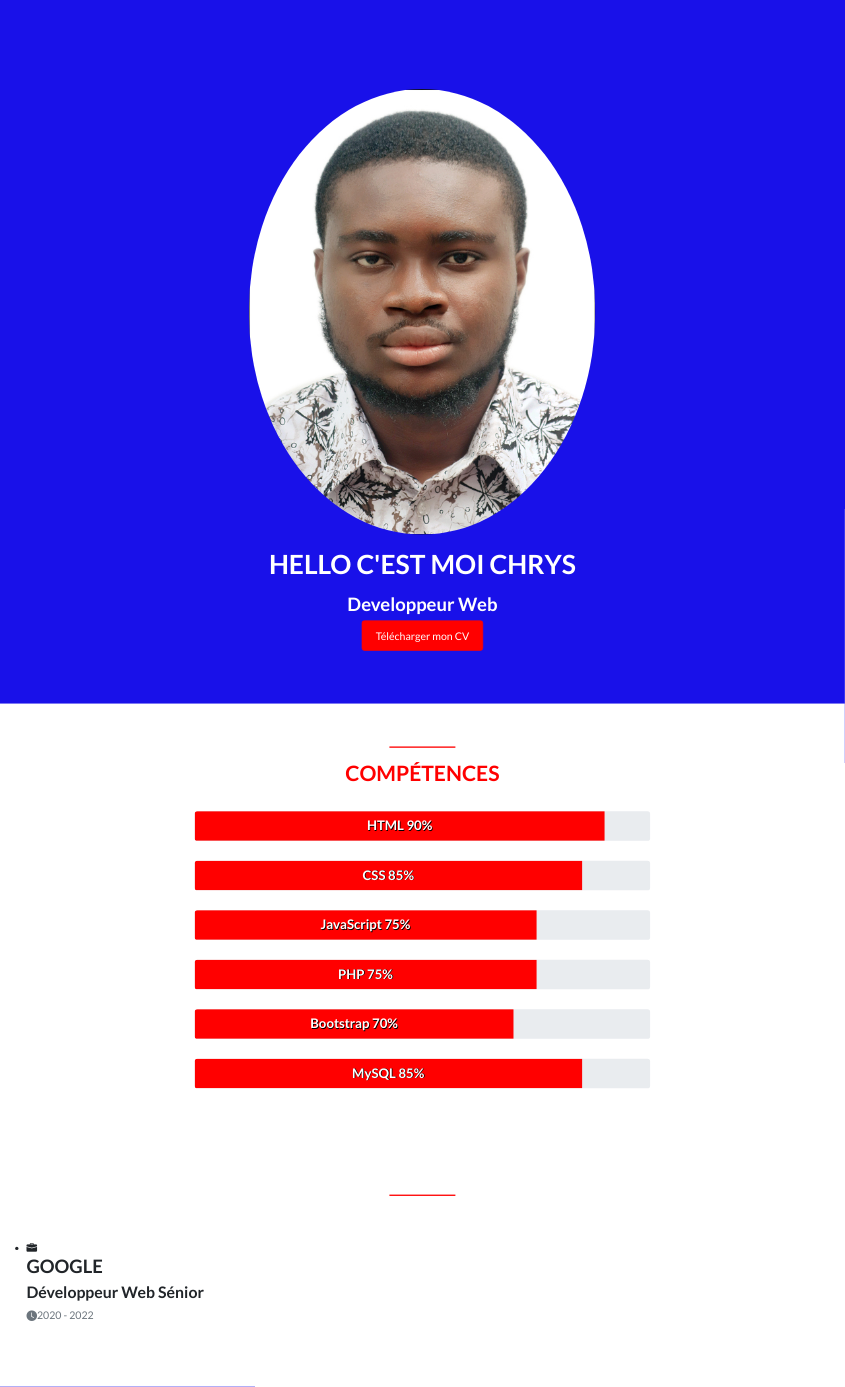
Repository: CHRYSOVR/CV_en_ligne_Interactif
Page: index.html
An editor plug-in stored every save of this project. The page is shown before and after the next save, followed by the edit.
The browser window is 1280 px wide. The pictures show the whole page, at 66% of full size.

Above is the page before, as saved 2025-07-08 22:01:19.
Console error: TypeError: Cannot read properties of undefined (reading 'fn')

### index.html
<!DOCTYPE html>
<html lang="fr">
  <head>
    <meta charset="UTF-8" />
    <meta name="viewport" content="width=device-width, initial-scale=1.0" />
    <link rel="preconnect" href="https://fonts.googleapis.com" />
    <link rel="preconnect" href="https://fonts.gstatic.com" crossorigin />
    <link
      href="https://fonts.googleapis.com/css2?family=Lato:ital,wght@0,100;0,300;0,400;0,700;0,900;1,100;1,300;1,400;1,700;1,900&display=swap"
      rel="stylesheet"
    />
    <link
      rel="stylesheet"
      href="https://cdn.jsdelivr.net/npm/bootstrap@4.0.0/dist/css/bootstrap.min.css"
      integrity="sha384-Gn5384xqQ1aoWXA+058RXPxPg6fy4IWvTNh0E263XmFcJlSAwiGgFAW/dAiS6JXm"
      crossorigin="anonymous"
    />
    <script
      src="https://cdn.jsdelivr.net/npm/bootstrap@4.0.0/dist/js/bootstrap.min.js"
      integrity="sha384-JZR6Spejh4U02d8jOt6vLEHfe/JQGiRRSQQxSfFWpi1MquVdAyjUar5+76PVCmYl"
      crossorigin="anonymous"
    ></script>
    <link rel="stylesheet" href="css/style.css" />
    <link
      rel="stylesheet"
      href="https://cdn.jsdelivr.net/npm/bootstrap-icons@1.13.1/font/bootstrap-icons.min.css"
    />
    <script src="js/script.js"></script>
    <title>CV SANNE-TIA</title>
  </head>
  <body>
    <section id="about" class="container-fluid">
      <div class="col-8 col -lg-4 profile-picture">
        <img src="images/Me.JPG" alt="photo sanne-tia" class="rounded-circle" />
      </div>
      <div class="heading">
        <h1>Hello c'est moi Chrys</h1>
        <h3>Developpeur Web</h3>
        <a
          href="documents/CV_Sanne-Tia.pdf"
          class="btn btn-danger"
          target="_blank"
          >Télécharger mon CV</a
        >
      </div>
    </section>

    <section id="skills">
      <div class="divider"></div>
      <div class="heading">
        <h2>Compétences</h2>
      </div>
      <div class="container">
        <div class="row justify-content-center">
          <div class="col-12 col-md-8">
            <div class="mb-3">
              <div class="progress">
                <div
                  class="progress-bar"
                  role="progressbar"
                  style="width: 90%"
                  aria-valuenow="90"
                  aria-valuemin="0"
                  aria-valuemax="100"
                >
                  <h5>HTML 90%</h5>
                </div>
              </div>
            </div>
            <div class="mb-3">
              <div class="progress">
                <div
                  class="progress-bar"
                  role="progressbar"
                  style="width: 85%"
                  aria-valuenow="85"
                  aria-valuemin="0"
                  aria-valuemax="100"
                >
                  <h5>CSS 85%</h5>
                </div>
              </div>
            </div>
            <div class="mb-3">
              <div class="progress">
                <div
                  class="progress-bar"
                  role="progressbar"
                  style="width: 75%"
                  aria-valuenow="75"
                  aria-valuemin="0"
                  aria-valuemax="100"
                >
                  <h5>JavaScript 75%</h5>
                </div>
              </div>
            </div>
            <div class="mb-3">
              <div class="progress">
                <div
                  class="progress-bar"
                  role="progressbar"
                  style="width: 75%"
                  aria-valuenow="75"
                  aria-valuemin="0"
                  aria-valuemax="100"
                >
                  <h5>PHP 75%</h5>
                </div>
              </div>
            </div>
            <div class="mb-3">
              <div class="progress">
                <div
                  class="progress-bar"
                  role="progressbar"
                  style="width: 70%"
                  aria-valuenow="70"
                  aria-valuemin="0"
                  aria-valuemax="100"
                >
                  <h5>Bootstrap 70%</h5>
                </div>
              </div>
            </div>
            <div class="mb-3">
              <div class="progress">
                <div
                  class="progress-bar"
                  role="progressbar"
                  style="width: 85%"
                  aria-valuenow="85"
                  aria-valuemin="0"
                  aria-valuemax="100"
                >
                  <h5>MySQL 85%</h5>
                </div>
              </div>
            </div>
          </div>
        </div>
      </div>
    </section>
    <section id="Experience">
      <div class="divider"></div>
      <div class="heading">
        <h2>Expérience Professionnelle</h2>
      </div>
      <ul class="timeline">
        <li>
          <div class="timeline-badge"><span class="bi-briefcase-fill"></span></div>
          <div class="timeline-panel-container">
            <div class="timeline-panel">
                <div class="timeline-heading">
                    <h3>GOOGLE</h3>
                    <h4>Développeur Web Sénior </h4>
                    <p  class="text-muted"><span class="bi bi-clock-fill"></span>2020 - 2022</p>
                </div>
                <div class="timeline-body ">

                </div>
            </div>
          </div>
        </li>
      </ul>
    </section>
  </body>
</html>

### css/style.css
/*GENERAL*/

body{
    font-family: 'Lato', sans-serif;

}
h1,h2,h3,h4,h5,h6{
    font-weight: bold;


}
.divider{
    width: 100px;
    height: 2px;
    background-color: #ff0000;
    margin:0 auto 20px ;
}
/*ABOUT*/
#about{
    background-color: #1911e9;

}
.profile-picture{
    text-align: center;
    margin: 70px auto 0;

}
section{
padding: 65px 0 80px 0;

}
 .heading{
    text-align: center;
    color: white;
    margin-top: 20px;
}
.heading h2{
    text-transform: uppercase;
}
img{
    max-width: 100%;
    height: auto;
}
#about .heading h1{
    color: white;
    text-transform: uppercase;
    margin-bottom: 20px;

}
.btn-danger{
    background-color: #ff0000;
    border-color: #ff0000;
    color: white;
    padding: 10px 20px;
    font-size: 16px;
    text-decoration: none;
    transition: all 0.7 s ease-in 2s;
}
.btn-danger:hover{
    background:rgba(255, 255, 255, 0.137);
    border-color: #00ff11fe;
    color: white;
    padding: 10px 20px;
    font-size: 16px;
    text-decoration: none;
}
/*SKILLS*/
#skills .heading h2 {
    color:red
}
#skills .progress {
    height: 45px;
    margin: 30px 20px;

}
#skills .progress:last-child{
    margin-bottom: 0;
}
#skills .progress-bar {
    background-color: #ff0000;

}
#skills .progress-bar h5{
    text-shadow: 1px 1px 1px black;
    margin-bottom: 3px;
}
/*EXPERIENCE*/
#experience .heading h2 {
    color: red;
}

Loaded but not shown: js/script.js (no stored copy; drawn as an empty file)

After the next save:
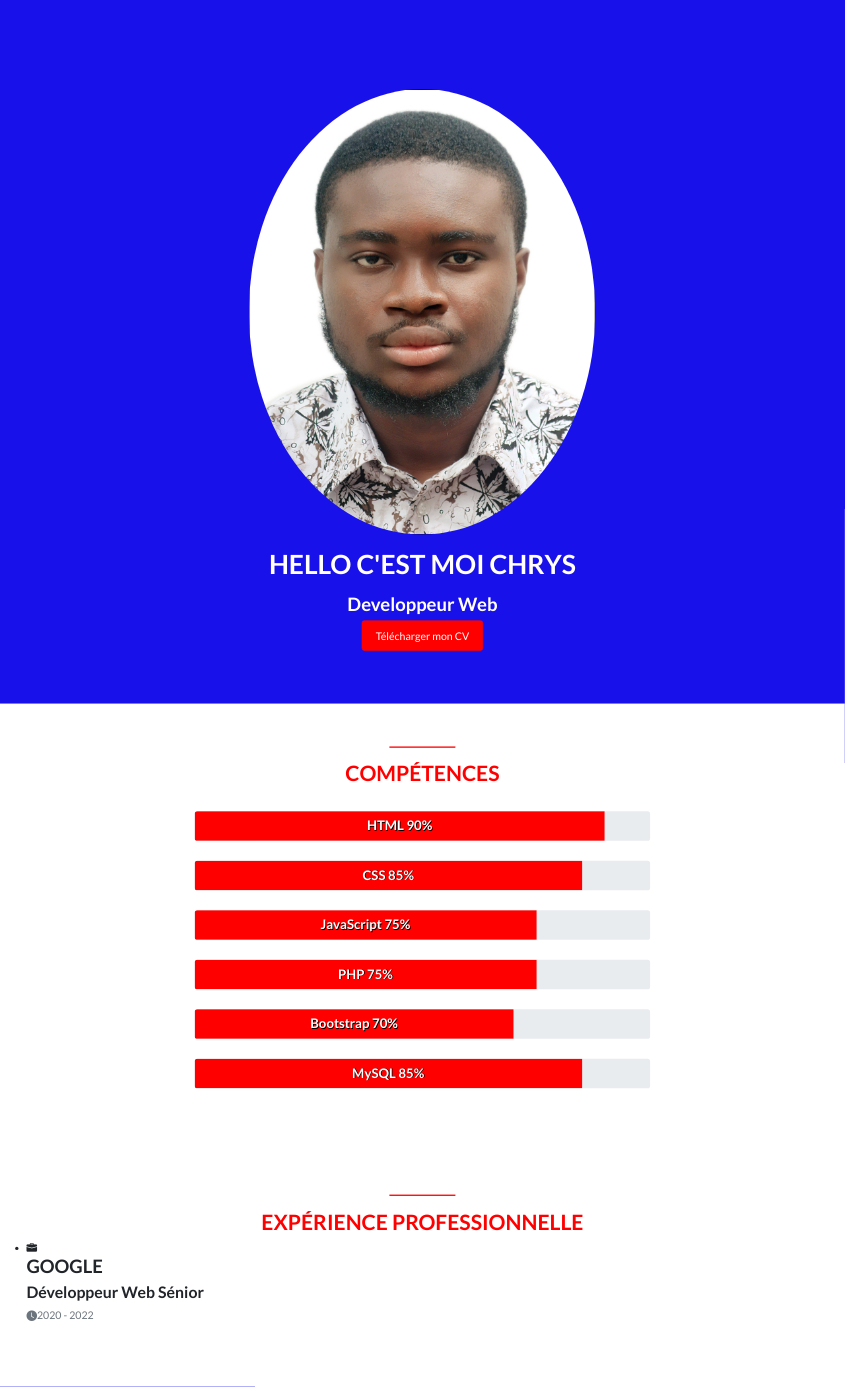
Saved 57 s later.
--- a/css/style.css
+++ b/css/style.css
@@ -85,6 +85,6 @@ img{
     margin-bottom: 3px;
 }
 /*EXPERIENCE*/
-#experience .heading h2 {
+#Experience .heading h2 {
     color: red;
 }
